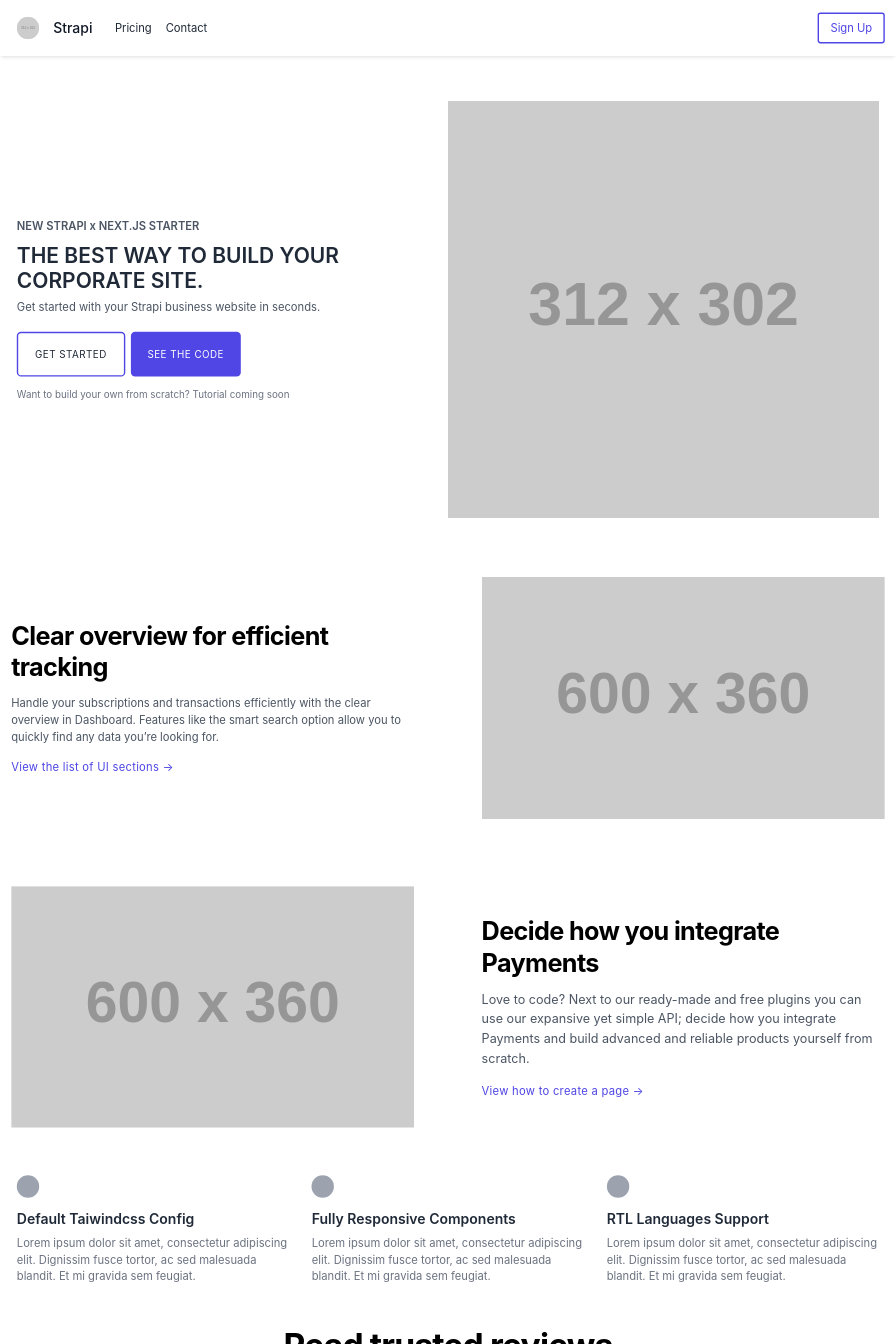
Repository: PaulBratslavsky/next-13-corporate-template
Page: /
An editor plug-in stored every save of this project. The page is shown before and after the next save, followed by the edit.
The browser window is 1280 px wide. The pictures show the part of the page from y = 0 to 1920 px (the page is 3732 px tall), at 70% of full size.
The project was rebuilt for these pictures with package versions that can differ from the ones it lists, and the page was loaded fresh each time. The framework's server and built-in components were replaced by stand-ins that run in the browser. Also part of the build but not shown: next.config.js.

Above is the page before, as saved 2022-12-09 12:47:38.

### app/layout.jsx
"use client" // declare a NextJs13 component as a client component
import "./globals.css";
import Navbar from '../components/navbar'
import Footer from '../components/footer'

export default function RootLayout({ children }) {
  return (
    <html lang="en">
      {/*
        <head /> will contain the components returned by the nearest parent
        head.tsx. Find out more at https://beta.nextjs.org/docs/api-reference/file-conventions/head
      */}
      <head />
      <body>
        <Navbar />
        <main>{children}</main>
        <Footer />
      </body>
    </html>
  );
}

### app/page.jsx
import Feature_Section from '../components/feature_section'
import Testimonial from '../components/testimonial_layout'
import CTA from '../components/callToAction'
import Newsletter from '../components/newsletter'
import Image from 'next/image'

export default function Home() {
  return (
    <div>
      <main className="bg-white">
          <div className="container px-6 py-16 mx-auto">
            <div className="items-center lg:flex">
                <div className="w-full lg:w-1/2">
                    <div className="lg:max-w-lg">
                      <span className='block mb-3 font-semibold text-left text-gray-600'>NEW STRAPI x NEXT.JS STARTER</span>
                        <h1 className="text-3xl font-semibold text-gray-800 uppercase lg:text-3xl">The best way to build your Corporate Site.</h1>

                        <p className="mt-2 text-gray-600 dark:text-gray-600">Get started with your Strapi business website in seconds.</p>

                        {/*buttons container  */}
                      <div className="flex justify-between w-80">
                        <button className="w-full px-6 py-5 mt-6 text-sm tracking-wider text-gray-800 uppercase transition-colors duration-300 transform bg-white border-2 border-indigo-600 rounded-md lg:w-auto hover:bg-indigo-600 focus:outline-none focus:bg-indigo-600 hover:text-white">Get Started</button>
                        <button className="w-full px-6 py-5 mt-6 text-sm tracking-wider text-white uppercase transition-colors duration-300 transform bg-indigo-600 rounded-md lg:w-auto hover:bg-indigo-700 focus:outline-none focus:bg-indigo-600">See The Code
                        </button>
                      </div>

                      <p className="mt-4 text-sm text-gray-500">Want to build your own from scratch? Tutorial coming soon</p>
                    </div>
                </div>

                <div className="flex items-center justify-center w-full mt-6 lg:mt-0 lg:w-1/2">
                    <Image
                    alt="Logo placement"
                    src='https://dummyimage.com/312x302'
                    width={950}
                    height={950}
                    className="w-full h-full lg:max-w-2xl"
                    />
                </div>

            </div>
        </div>
        <Feature_Section />
        <Testimonial />
        <Newsletter />
        <CTA />
      </main>
    </div>
  )
}

### app/globals.css
/* tailwind css modules start */
@tailwind base;
@tailwind components;
@tailwind utilities;
/* tailwind css modules end */

html,
body {
  padding: 0;
  margin: 0;
  font-family: -apple-system, BlinkMacSystemFont, Segoe UI, Roboto, Oxygen,
    Ubuntu, Cantarell, Fira Sans, Droid Sans, Helvetica Neue, sans-serif;
}

a {
  color: inherit;
  text-decoration: none;
}

* {
  box-sizing: border-box;
}

header {
  display: flex;
  justify-content: space-between;
  align-items: center;
  padding: 1rem;
  background: #f0f0f0;
  color: black;

  display: flex;
  justify-content: space-between;
  align-items: center;
  padding: 1rem;
  background: #f0f0f0;
  color: black;

}

@media (prefers-color-scheme: light) {
  html {
    color-scheme: dark;
    scroll-behavior: smooth;
  }
  body {
    color: black;
    background: white;
  }
}

### components/navbar.jsx
"use client" // declare a NextJs13 component as a client component

import React from 'react'
import Image from 'next/image'
import Link from "next/link"
import { Menu } from '@headlessui/react'

const NavBar = () => {
  return (
    <header className="relative text-gray-800 bg-white shadow-md">
          <div className="container flex flex-col flex-wrap items-center p-1 mx-auto lg:p-0 md:flex-row">
            <a className="flex items-center mb-4 font-medium text-gray-900 title-font md:mb-0">
              {/* will substitute strapi logo here, first designing navbar */}
              <Image
                alt="Logo placement"
                src='https://dummyimage.com/312x302'
                width={950}
                height={950}
                className="w-12 h-12 p-2 text-white rounded-full"
                />
              <Link href="/"><span className="ml-3 text-xl">Strapi</span></Link>
            </a>
            <nav className="flex flex-wrap items-center justify-center text-base md:mr-auto md:ml-4 md:py-1 md:pl-4">
              <Link className='mr-5 hover:text-gray-900' href="/pricing">Pricing</Link>
              <Link className='mr-5 hover:text-gray-900' href="/contact">Contact</Link>
            </nav>
            <div className="flex justify-between w-auto">
            <button className="inline-flex items-center px-4 py-2 mt-4 text-base text-indigo-600 bg-white border-2 border-indigo-600 rounded focus:outline-none hover:bg-gray-200 md:mt-0 hover:text-black">Sign Up
            </button>
            {/* <button className="inline-flex items-center px-3 py-1 mt-4 text-base bg-gray-100 border-0 rounded focus:outline-none hover:bg-gray-200 md:mt-0">En
              <svg fill="none" stroke="currentColor" stroke-linecap="round" stroke-linejoin="round" stroke-width="2" className="w-4 h-4 ml-1" viewBox="0 0 24 24">
                <path d="M5 12h14M12 5l7 7-7 7"></path>
              </svg>
            </button> */}
            </div>
          </div>
        </header>
  )
}

export default NavBar

### components/footer.jsx
import React from 'react'
import Image from 'next/image'

const footer = () => {
  return (
    <div>
        <footer className="px-4 py-12 mx-auto max-w-7xl">
            <div className="grid grid-cols-2 gap-10 mb-3 md:grid-cols-3 lg:grid-cols-11 lg:gap-20">
                <div className="col-span-3">
                <a href="#" title="Home Page" className="flex items-center">
                    <Image
                    alt='Strapi logo placeholder'
                    src='https://dummyimage.com/312x302'
                    width={60}
                    height={24}
                    className="w-12 h-12 p-2 text-white rounded-full"
                    />Strapi
                    <span className="sr-only">Home Page</span>
                </a>
                <p className="my-4 text-xs leading-normal text-gray-600">
                    The leading open source headless CMS built with <strong>100% JavaScript</strong>. Built simple, secure and powerful APIs with Strapi
                </p>
                </div>
                <nav className="col-span-1 md:col-span-1 lg:col-span-2">
                <p className="mb-3 text-xs font-semibold tracking-wider text-gray-400 uppercase">Product</p>
                <a className="flex mb-3 text-sm font-medium text-gray-800 transition md:mb-2 hover:text-indigo-600" href="#">Features</a>
                <a className="flex mb-3 text-sm font-medium text-gray-800 transition md:mb-2 hover:text-indigo-600" href="#">Pricing</a>
                <a className="flex mb-3 text-sm font-medium text-gray-800 transition md:mb-2 hover:text-indigo-600" href="#">Feedback</a>
                <a className="flex mb-3 text-sm font-medium text-gray-800 transition md:mb-2 hover:text-indigo-600" href="#">FAQs</a>
                </nav>
                <nav className="col-span-2 md:col-span-1 lg:col-span-2">
                <p className="mb-3 text-xs font-semibold tracking-wider text-gray-400 uppercase">Support</p>
                <a className="flex mb-3 text-sm font-medium text-gray-800 transition md:mb-2 hover:text-indigo-600" href="#">Chat</a>
                <a className="flex mb-3 text-sm font-medium text-gray-800 transition md:mb-2 hover:text-indigo-600" href="#"> Email Support </a>
                <a className="flex mb-3 text-sm font-medium text-gray-800 transition md:mb-2 hover:text-indigo-600" href="#"> Help </a>
                </nav>
                <nav className="col-span-1 md:col-span-1 lg:col-span-2">
                <p className="mb-3 text-xs font-semibold tracking-wider text-gray-400 uppercase">Resources</p>
                <a className="flex mb-3 text-sm font-medium text-gray-800 transition md:mb-2 hover:text-indigo-600" href="#">Blog</a>
                <a className="flex mb-3 text-sm font-medium text-gray-800 transition md:mb-2 hover:text-indigo-600" href="#"> Twitter </a>
                <a className="flex mb-3 text-sm font-medium text-gray-800 transition md:mb-2 hover:text-indigo-600" href="#">Alternatives</a>
                </nav>
                <nav className="col-span-1 md:col-span-1 lg:col-span-2">
                <p className="mb-3 text-xs font-semibold tracking-wider text-gray-400 uppercase">Company</p>
                <a className="flex mb-3 text-sm font-medium text-gray-800 transition md:mb-2 hover:text-indigo-600" href="#">About Us</a>
                <a className="flex mb-3 text-sm font-medium text-gray-800 transition md:mb-2 hover:text-indigo-600" href="#">Privacy</a>
                <a className="flex mb-3 text-sm font-medium text-gray-800 transition md:mb-2 hover:text-indigo-600" href="#">Terms</a>
                <a className="flex mb-3 text-sm font-medium text-gray-800 transition md:mb-2 hover:text-indigo-600" href="#">Status</a>
                </nav>
            </div>
            <div className="flex flex-col items-start justify-between pt-10 mt-10 border-t border-indigo-600 md:flex-row md:items-center">
                <p className="mb-2 text-xs text-left text-gray-600 md:mb-0">Built by developers, for developers.</p>
                <p className="mb-0 text-xs text-left text-gray-600 md:mb-0">Copyright &copy; 2022/23 JAMstack</p>
            </div>
        </footer>
    </div>
  )
}

export default footer

### components/feature_section.jsx
import React from 'react'
import Image from 'next/image'
import Features_Column from './feature_column'

const feature_section = () => {
  return (
    <div>
        <section className="px-4 py-5 mx-auto max-w-7xl">
            <div className="grid items-center grid-cols-1 mb-24 md:grid-cols-2 gap-y-10 md:gap-y-32 gap-x-10 md:gap-x-24">
                <div>
                <h2 className="mb-4 text-2xl font-bold tracking-tight text-center text-black md:leading-tight sm:text-left md:text-4xl">Clear overview for efficient tracking</h2>
                <p className="mb-5 text-base text-center text-gray-600 sm:text-left md:text-md">
                    Handle your subscriptions and transactions efficiently with the clear overview in Dashboard. Features like the smart search option allow you to quickly find any data you’re looking for.
                </p>
                <a href="#" className="w-full text-indigo-600 hover:text-indigo-500 sm:w-auto hover:letter-spacing: 0.025em tracking-wide hover:tracking-wide -tracking-2">View the list of UI sections &rarr;</a>
                </div>

                <Image
                alt="Party"
                src='https://dummyimage.com/600x360'
                width={450}
                height={450}
                className="w-full h-full lg:max-w-2xl"
                />

            </div>
            <div className="grid flex-col-reverse items-center grid-cols-1 md:grid-cols-2 gap-y-10 md:gap-y-32 gap-x-10 md:gap-x-24">
                <div className="order-none md:order-2">
                <h2 className="mb-4 text-2xl font-bold tracking-tight text-center text-black md:leading-tight sm:text-left md:text-4xl">Decide how you integrate Payments</h2>
                <p className="mb-5 text-base text-center text-gray-600 sm:text-left md:text-lg">
                    Love to code? Next to our ready-made and free plugins you can use our expansive yet simple API; decide how you integrate Payments and build advanced and reliable products yourself from
                    scratch.
                </p>
                <a href="#" className="w-full text-indigo-600 hover:text-indigo-500 hover:letter-spacing: 0.025em sm:w-auto tracking-wide hover:tracking-wide -tracking-2">View how to create a page &rarr;</a>
                </div>

                <Image
                alt="Party"
                src='https://dummyimage.com/600x360'
                width={450}
                height={450}
                className="w-full h-full lg:max-w-2xl"
                />
            </div>
        </section>
        <Features_Column />
    </div>
  )
}

export default feature_section

### components/testimonial_layout.jsx
import React from 'react'
import Testimonial from './testimonial_card'

const testimonial_layout = () => {
  return (
    <>
    <section className="bg-white">
        <div className="max-w-screen-xl px-4 py-16 mx-auto sm:px-6 sm:py-4 lg:px-8">
            <div className="max-w-xl mx-auto text-center">
                <h2 className="text-4xl font-bold tracking-tight sm:text-5xl">
                    Read trusted reviews from our customers
                </h2>

                <p className="max-w-lg mx-auto mt-4 text-gring-offset-warm-gray-500">
                    Lorem ipsum dolor sit amet consectetur adipisicing elit. Aspernatur
                    praesentium natus sapiente commodi. Aliquid sunt tempore iste
                    repellendus explicabo dignissimos placeat, autem harum dolore
                    reprehenderit quis! Quo totam dignissimos earum.
                </p>
            </div>

        </div>
        <Testimonial />
        {/* Logo section */}
            <div className="max-w-3xl px-4 py-6 mx-auto">
                <div className="grid grid-cols-3 gap-5">
                    <div className="flex items-center justify-center">
                        <div className='w-12 h-12 bg-gray-400 rounded-full'></div>
                    </div>
                    <div className="flex items-center justify-center">
                        <div className='w-12 h-12 bg-gray-400 rounded-full'></div>
                    </div>
                    <div className="flex items-center justify-center">
                        <div className='w-12 h-12 bg-gray-400 rounded-full'></div>
                    </div>
                </div>
            </div>
        </section>
    </>
  )
}

export default testimonial_layout

### components/callToAction.jsx
import React from 'react'

const callToAction = () => {
  return (
    <div>
        <section className="w-full bg-indigo-600">
            <div className="w-full px-4 py-10 mx-auto text-left md:text-center md:w-3/4 lg:w-2/4">
                <h2 className="mb-6 text-3xl font-extrabold tracking-tight text-center text-white md:text-5xl md:mb-6 md:leading-tight">Start Building Your Website.</h2>
                <div className="flex mb-0 space-x-0 md:space-x-2 justify-evenly">
                <button className="inline-flex items-center justify-center w-full px-5 py-4 mb-2 text-indigo-600 bg-white border-2 rounded-md sm:w-auto sm:mb-0" href="#">
                    Get Started
                </button>
                <button className="inline-flex items-center justify-center w-full px-5 py-4 mb-2 text-white bg-indigo-600 border-2 rounded-md sm:w-auto sm:mb-0" href="#">
                    Book a Demo
                </button>
                </div>
            </div>
        </section>
    </div>
  )
}

export default callToAction

### components/newsletter.jsx
import React from 'react'

const newsletter = () => {
  return (
    <div>
        <section className="bg-gray-100">
            <div className="p-8 mt-10 md:p-12 lg:px-16 lg:py-10">
                <div className="max-w-lg mx-auto text-center">
                <h2 className="text-2xl font-bold text-gray-900 md:text-3xl">
                    Subscribed To Our Newsletter
                </h2>
                </div>

                <div className="max-w-xl mx-auto mt-8">
                <form action="#" className="sm:flex sm:gap-4">
                    <div className="sm:flex-1">
                    <label for="email" className="sr-only">Email</label>

                    <input
                        type="email"
                        placeholder="Email address"
                        className="w-full p-3 text-gray-700 transition bg-white border-indigo-600 rounded-md shadow-sm focus:border-white focus:outline-none focus:ring focus:ring-indigo-500"
                    />
                    </div>

                    <button
                    type="submit"
                    className="flex items-center justify-center w-full px-5 py-3 mt-4 text-indigo-600 transition bg-white border-2 border-indigo-600 rounded-md group focus:outline-none sm:mt-0 sm:w-auto"
                    >
                    <span className="text-sm font-medium"> Sign Up </span>
                    </button>
                </form>
                </div>
            </div>
        </section>
    </div>
  )
}

export default newsletter

### components/feature_column.jsx
import React from 'react'

const feature_column = () => {
  return (
    <div>
        <section className="bg-white">
            <div className="container px-6 py-12 mx-auto">
                <div className="grid grid-cols-1 gap-8 md:grid-cols-2 lg:grid-cols-3">
                    <div>
                    <div className='w-8 h-8 bg-gray-400 rounded-full'></div>

                        <h1 className="mt-4 text-xl font-semibold text-gray-800">Default Taiwindcss Config</h1>

                        <p className="mt-2 text-gray-500">Lorem ipsum dolor sit amet, consectetur adipiscing elit. Dignissim fusce tortor, ac sed malesuada blandit. Et mi gravida sem feugiat.</p>
                    </div>

                    <div>
                    <div className='w-8 h-8 bg-gray-400 rounded-full'></div>

                        <h1 className="mt-4 text-xl font-semibold text-gray-800">Fully Responsive Components</h1>

                        <p className="mt-2 text-gray-500">Lorem ipsum dolor sit amet, consectetur adipiscing elit. Dignissim fusce tortor, ac sed malesuada blandit. Et mi gravida sem feugiat.</p>
                    </div>

                    <div>
                        <div className='w-8 h-8 bg-gray-400 rounded-full'></div>

                        <h1 className="mt-4 text-xl font-semibold text-gray-800">RTL Languages Support</h1>

                        <p className="mt-2 text-gray-500">Lorem ipsum dolor sit amet, consectetur adipiscing elit. Dignissim fusce tortor, ac sed malesuada blandit. Et mi gravida sem feugiat.</p>
                    </div>
                </div>
            </div>
        </section>
    </div>
  )
}

export default feature_column

### components/testimonial_card.jsx
import React from 'react'
import Image from 'next/image'

const testimonial_card = () => {
  return (
    <div>
        <section className="bg-white">
            <div className="max-w-6xl px-6 pb-4 mx-auto mb-5">
                <main className="relative z-20 w-full mt-8 md:flex md:items-center xl:mt-12">
                    <div className="absolute w-full bg-indigo-600 -z-10 md:h-96 rounded-2xl"></div>

                    <div className="w-full p-6 bg-indigo-600 md:flex md:items-center rounded-2xl md:bg-transparent md:p-0 lg:px-12 md:justify-evenly">
                        <Image
                        alt="client photo"
                        src='https://dummyimage.com/312x302'
                        width={100}
                        height={100}
                        className="h-24 w-24 md:mx-6 rounded-full object-cover shadow-md md:h-[32rem] md:w-80 lg:h-[36rem] lg:w-[26rem] md:rounded-2xl"
                        />

                        <div className="mt-2 md:mx-6">
                            <div>
                                <p className="text-xl font-medium tracking-tight text-white">Ema Watson</p>
                                <p className="text-indigo-100 ">Marketing Manager at Stech</p>
                            </div>

                            <p className="mt-4 text-lg leading-relaxed text-white md:text-xl"> “Lorem ipsum dolor sit amet, consectetur adipisicing elit. Tempore quibusdam ducimus libero ad tempora doloribus expedita laborum saepe voluptas perferendis delectus assumenda”.</p>

                            <div className="flex items-center justify-between mt-6 md:justify-start">
                                <button title="left arrow" className="p-2 text-white transition-colors duration-300 border rounded-full rtl:-scale-x-100 hover:bg-indigo-500">
                                    <svg xmlns="http://www.w3.org/2000/svg" className="w-6 h-6" fill="none" viewBox="0 0 24 24" stroke="currentColor" strokeWidth="2">
                                        <path stroke-linecap="round" stroke-linejoin="round" d="M15 19l-7-7 7-7" />
                                    </svg>
                                </button>

                                <button title="right arrow" className="p-2 text-white transition-colors duration-300 border rounded-full rtl:-scale-x-100 md:mx-6 hover:bg-indigo-500">
                                    <svg xmlns="http://www.w3.org/2000/svg" className="w-6 h-6" fill="none" viewBox="0 0 24 24" stroke="currentColor" strokeWidth="2">
                                        <path stroke-linecap="round" stroke-linejoin="round" d="M9 5l7 7-7 7" />
                                    </svg>
                                </button>
                            </div>
                        </div>
                    </div>
                </main>
            </div>
        </section>
    </div>
  )
}

export default testimonial_card

### tailwind.config.js
//  @type {import('tailwindcss').Config}
module.exports = {
  content: [
    "./pages/**/*.{js,ts,jsx,tsx}",
    "./components/**/*.{js,ts,jsx,tsx}",
    "./app/**/*.{js,ts,jsx,tsx}",
  ],
  theme: {
    extend: {},
  },
  plugins: [],
}

After the next save:
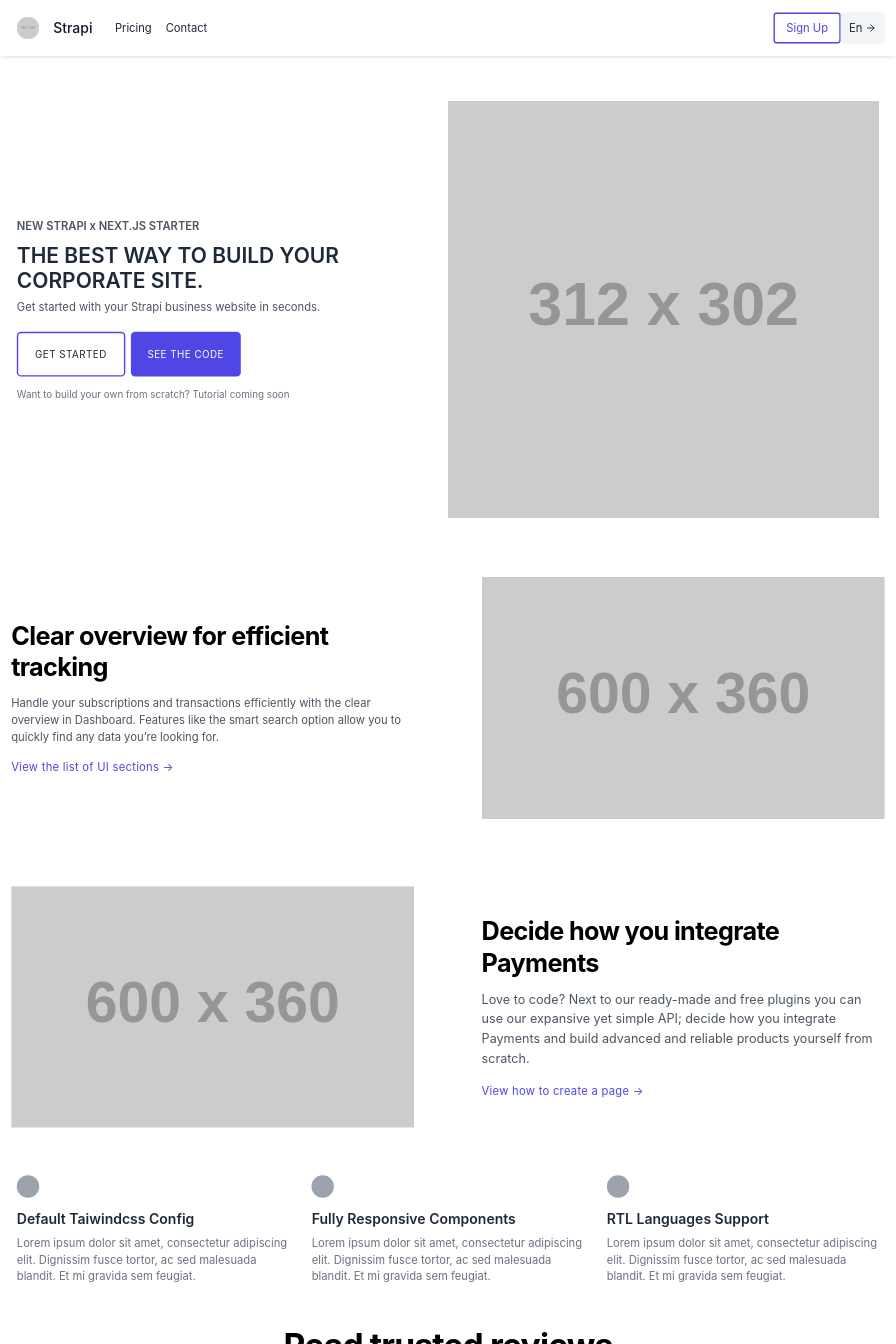
Saved 7 s later.
--- a/components/navbar.jsx
+++ b/components/navbar.jsx
@@ -27,11 +27,11 @@ const NavBar = () => {
             <div className="flex justify-between w-auto">
             <button className="inline-flex items-center px-4 py-2 mt-4 text-base text-indigo-600 bg-white border-2 border-indigo-600 rounded focus:outline-none hover:bg-gray-200 md:mt-0 hover:text-black">Sign Up
             </button>
-            {/* <button className="inline-flex items-center px-3 py-1 mt-4 text-base bg-gray-100 border-0 rounded focus:outline-none hover:bg-gray-200 md:mt-0">En
+            <button className="inline-flex items-center px-3 py-1 mt-4 text-base bg-gray-100 border-0 rounded focus:outline-none hover:bg-gray-200 md:mt-0">En
               <svg fill="none" stroke="currentColor" stroke-linecap="round" stroke-linejoin="round" stroke-width="2" className="w-4 h-4 ml-1" viewBox="0 0 24 24">
                 <path d="M5 12h14M12 5l7 7-7 7"></path>
               </svg>
-            </button> */}
+            </button>
             </div>
           </div>
         </header>
